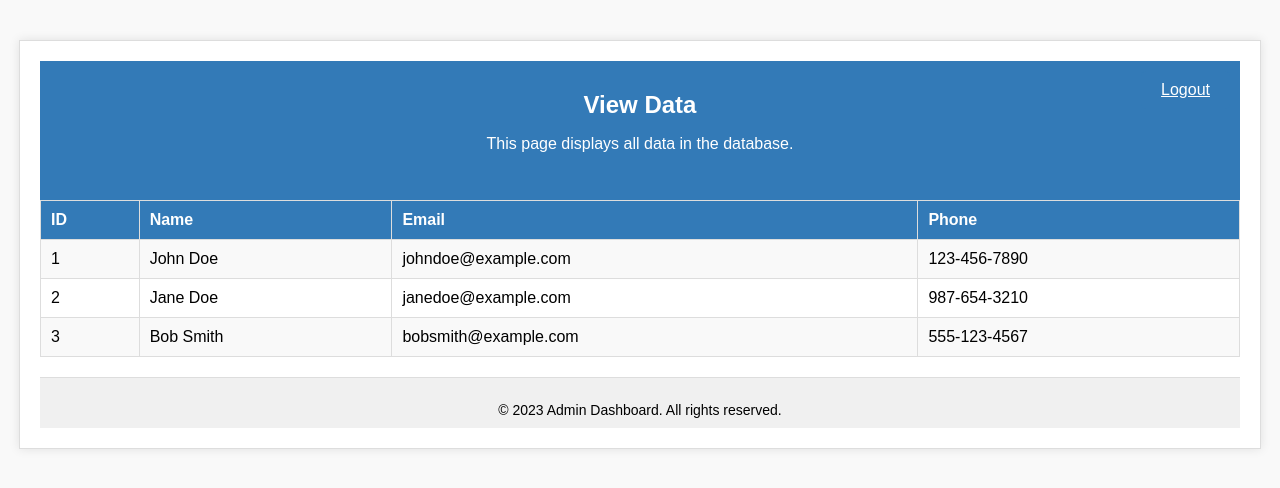
Repository: shamchiwade/GroceryNow
Page: http://localhost/ShopManagement/viewData.jsp
These files come from the project's save history. The page is drawn as it stood at one moment and after the next save; the edit follows.
The browser window is 1280 px wide. The pictures show the whole page.
The page is served by Tomcat 10. Nobody is signed in. The application's start-up code is not run.

Above is the page before, as saved 2024-10-05 18:48:19.

After the next save:
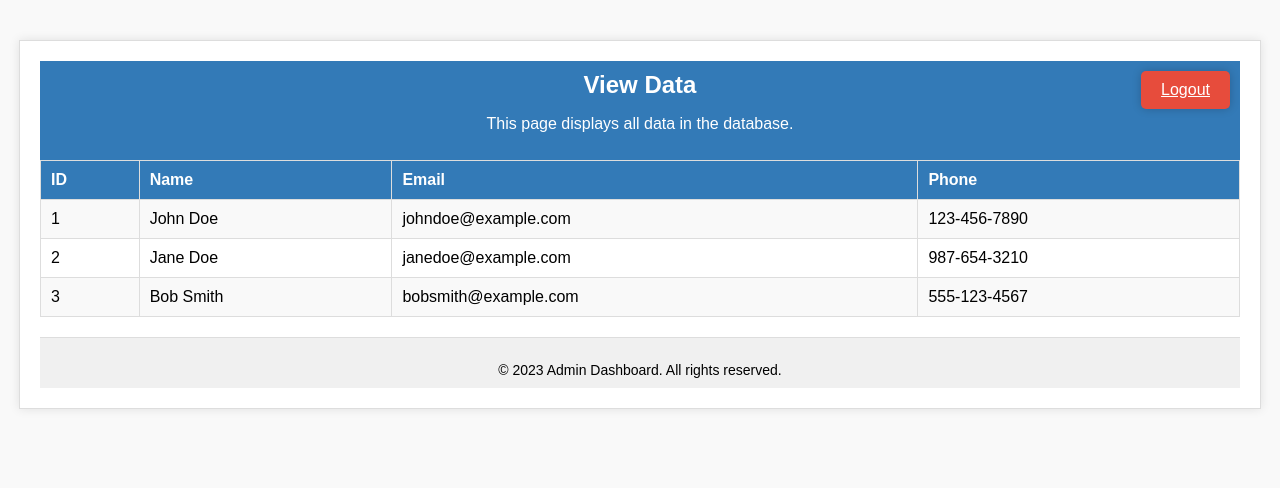
Saved 91 s later.
--- a/ShopManagement/src/main/webapp/viewData.jsp
+++ b/ShopManagement/src/main/webapp/viewData.jsp
@@ -26,7 +26,7 @@
         .admin-header {
             background-color: #337ab7;
             color: #fff;
-            padding: 30px 10px;
+            padding: 10px;
             text-align: center;
             border-bottom: 1px solid #337ab7;
             position: relative;
@@ -41,17 +41,18 @@
             position: absolute;
             top: 10px;
             right: 10px;
-            background-color: #337ab7;
+            background-color: #e74c3c;
             color: #fff;
             padding: 10px 20px;
             border: none;
             font-size: 16px;
             cursor: pointer;
             border-radius: 5px;
+            box-shadow: 0 0 10px rgba(0, 0, 0, 0.2);
         }
 
         .logout-button:hover {
-            background-color: #23527c;
+            background-color: #c0392b;
         }
 
         .data-table {
